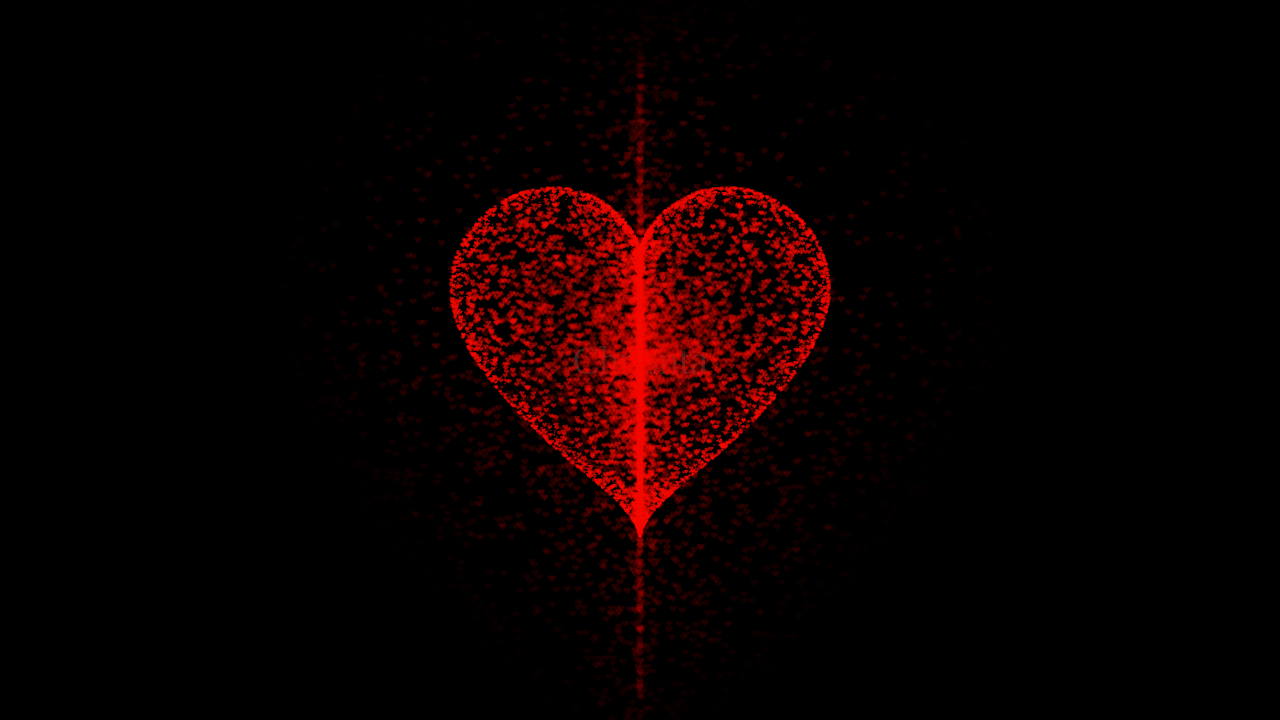
Repository: thaiduy1704/Heart
Page: index.html
An editor plug-in stored every save of this project. The page is shown before and after a run of saves, followed by the edit.
The browser window is 1280 px wide. The pictures show the whole page.

Above is the page before, as saved 2022-11-11 02:00:50.
Not found: style.css

### index.html
<!DOCTYPE HTML PUBLIC "-//W3C//DTD HTML 4.0 Transitional//EN">
<HTML>
 <HEAD>
  <TITLE> MINH IT </TITLE>
  <META NAME="Generator" CONTENT="EditPlus">
  <META NAME="Author" CONTENT="">
  <META NAME="Keywords" CONTENT="">
  <META NAME="Description" CONTENT="">
  <link rel="stylesheet" href="style.css">
  <style>
  html, body {
  height: 100%;
  padding: 0;
  margin: 0;
  background: rgba(0, 0, 0, 0.851);
}
canvas {
  position: absolute;
  width: 100%;
  height: 100%;
}
  </style>
 </HEAD>
 <BODY>
  <div class="box">
    <canvas id="pinkboard"></canvas>
  </div>
<script>
var settings = {
  particles: {
    length:   10000, // maximum amount of particles
    duration:   4, // particle duration in sec
    velocity: 80, // particle velocity in pixels/sec
    effect: -1.3, // play with this for a nice effect
    size:      8, // particle size in pixels
  },
};
/*
 */
(function(){var b=0;var c=["ms","moz","webkit","o"];for(var a=0;a<c.length&&!window.requestAnimationFrame;++a){window.requestAnimationFrame=window[c[a]+"RequestAnimationFrame"];window.cancelAnimationFrame=window[c[a]+"CancelAnimationFrame"]||window[c[a]+"CancelRequestAnimationFrame"]}if(!window.requestAnimationFrame){window.requestAnimationFrame=function(h,e){var d=new Date().getTime();var f=Math.max(0,16-(d-b));var g=window.setTimeout(function(){h(d+f)},f);b=d+f;return g}}if(!window.cancelAnimationFrame){window.cancelAnimationFrame=function(d){clearTimeout(d)}}}());
/*
 * Point class
 */
var Point = (function() {
  function Point(x, y) {
    this.x = (typeof x !== 'undefined') ? x : 0;
    this.y = (typeof y !== 'undefined') ? y : 0;
  }
  Point.prototype.clone = function() {
    return new Point(this.x, this.y);
  };
  Point.prototype.length = function(length) {
    if (typeof length == 'undefined')
      return Math.sqrt(this.x * this.x + this.y * this.y);
    this.normalize();
    this.x *= length;
    this.y *= length;
    return this;
  };
  Point.prototype.normalize = function() {
    var length = this.length();
    this.x /= length;
    this.y /= length;
    return this;
  };
  return Point;
})();
/*
 * Particle class
 */
var Particle = (function() {
  function Particle() {
    this.position = new Point();
    this.velocity = new Point();
    this.acceleration = new Point();
    this.age = 0;
  }
  Particle.prototype.initialize = function(x, y, dx, dy) {
    this.position.x = x;
    this.position.y = y;
    this.velocity.x = dx;
    this.velocity.y = dy;
    this.acceleration.x = dx * settings.particles.effect;
    this.acceleration.y = dy * settings.particles.effect;
    this.age = 0;
  };
  Particle.prototype.update = function(deltaTime) {
    this.position.x += this.velocity.x * deltaTime;
    this.position.y += this.velocity.y * deltaTime;
    this.velocity.x += this.acceleration.x * deltaTime;
    this.velocity.y += this.acceleration.y * deltaTime;
    this.age += deltaTime;
  };
  Particle.prototype.draw = function(context, image) {
    function ease(t) {
      return (--t) * t * t + 1;
    }
    var size = image.width * ease(this.age / settings.particles.duration);
    context.globalAlpha = 1 - this.age / settings.particles.duration;
    context.drawImage(image, this.position.x - size / 2, this.position.y - size / 2, size, size);
  };
  return Particle;
})();
/*
 * ParticlePool class
 */
var ParticlePool = (function() {
  var particles,
      firstActive = 0,
      firstFree   = 0,
      duration    = settings.particles.duration;

  function ParticlePool(length) {
    // create and populate particle pool
    particles = new Array(length);
    for (var i = 0; i < particles.length; i++)
      particles[i] = new Particle();
  }
  ParticlePool.prototype.add = function(x, y, dx, dy) {
    particles[firstFree].initialize(x, y, dx, dy);

    // handle circular queue
    firstFree++;
    if (firstFree   == particles.length) firstFree   = 0;
    if (firstActive == firstFree       ) firstActive++;
    if (firstActive == particles.length) firstActive = 0;
  };
  ParticlePool.prototype.update = function(deltaTime) {
    var i;

    // update active particles
    if (firstActive < firstFree) {
      for (i = firstActive; i < firstFree; i++)
        particles[i].update(deltaTime);
    }
    if (firstFree < firstActive) {
      for (i = firstActive; i < particles.length; i++)
        particles[i].update(deltaTime);
      for (i = 0; i < firstFree; i++)
        particles[i].update(deltaTime);
    }

    // remove inactive particles
    while (particles[firstActive].age >= duration && firstActive != firstFree) {
      firstActive++;
      if (firstActive == particles.length) firstActive = 0;
    }


  };
  ParticlePool.prototype.draw = function(context, image) {
    // draw active particles
    if (firstActive < firstFree) {
      for (i = firstActive; i < firstFree; i++)
        particles[i].draw(context, image);
    }
    if (firstFree < firstActive) {
      for (i = firstActive; i < particles.length; i++)
        particles[i].draw(context, image);
      for (i = 0; i < firstFree; i++)
        particles[i].draw(context, image);
    }
  };
  return ParticlePool;
})();
/*
 * Putting it all together
 */
(function(canvas) {
  var context = canvas.getContext('2d'),
      particles = new ParticlePool(settings.particles.length),
      particleRate = settings.particles.length / settings.particles.duration, // particles/sec
      time;

  // get point on heart with -PI <= t <= PI
  function pointOnHeart(t) {
    return new Point(
      160 * Math.pow(Math.sin(t), 3),
      130 * Math.cos(t) - 50 * Math.cos(2 * t) - 20 * Math.cos(3 * t) - 10 * Math.cos(4 * t) + 25
    );
  }

  // creating the particle image using a dummy canvas
  var image = (function() {
    var canvas  = document.createElement('canvas'),
        context = canvas.getContext('2d');
    canvas.width  = settings.particles.size;
    canvas.height = settings.particles.size;
    // helper function to create the path
    function to(t) {
      var point = pointOnHeart(t);
      point.x = settings.particles.size / 2 + point.x * settings.particles.size / 350;
      point.y = settings.particles.size / 2 - point.y * settings.particles.size / 350;
      return point;
    }
    // create the path
    context.beginPath();
    var t = -Math.PI;
    var point = to(t);
    context.moveTo(point.x, point.y);
    while (t < Math.PI) {
      t += 0.01; // baby steps!
      point = to(t);
      context.lineTo(point.x, point.y);
    }
    context.closePath();
    // create the fill
    context.fillStyle = '#f50b02';
    context.fill();
    // create the image
    var image = new Image();
    image.src = canvas.toDataURL();
    return image;
  })();

  // render that thing!
  function render() {
    // next animation frame
    requestAnimationFrame(render);

    // update time
    var newTime   = new Date().getTime() / 1000,
        deltaTime = newTime - (time || newTime);
    time = newTime;

    // clear canvas
    context.clearRect(0, 0, canvas.width, canvas.height);

    // create new particles
    var amount = particleRate * deltaTime;
    for (var i = 0; i < amount; i++) {
      var pos = pointOnHeart(Math.PI - 2 * Math.PI * Math.random());
      var dir = pos.clone().length(settings.particles.velocity);
      particles.add(canvas.width / 2 + pos.x, canvas.height / 2 - pos.y, dir.x, -dir.y);
    }

    // update and draw particles
    particles.update(deltaTime);
    particles.draw(context, image);
  }

  // handle (re-)sizing of the canvas
  function onResize() {
    canvas.width  = canvas.clientWidth;
    canvas.height = canvas.clientHeight;
  }
  window.onresize = onResize;

  // delay rendering bootstrap
  setTimeout(function() {
    onResize();
    render();
  }, 10);
})(document.getElementById('pinkboard'));
  </script>
 </BODY>
</HTML>
</HTML>
  </script>
  <div class="center-text",
  style="background-color:rgb(0, 0, 0);
  position: relative;
  z-index: -4;
        width: 100%;
        color: white ;
        height:100%;
        font-size: 40px;
        font-style: Bold;
        font-family: 'Dancing Script', cursive;
        display: flex;
        align-items: center;
        justify-content: center;
        margin-bottom: 200px;
        text-align: center;">Chrisnta</div>
 </BODY>
</HTML>
<!-- color: rgb(225, 12, 168); -->

After the next 2 saves:
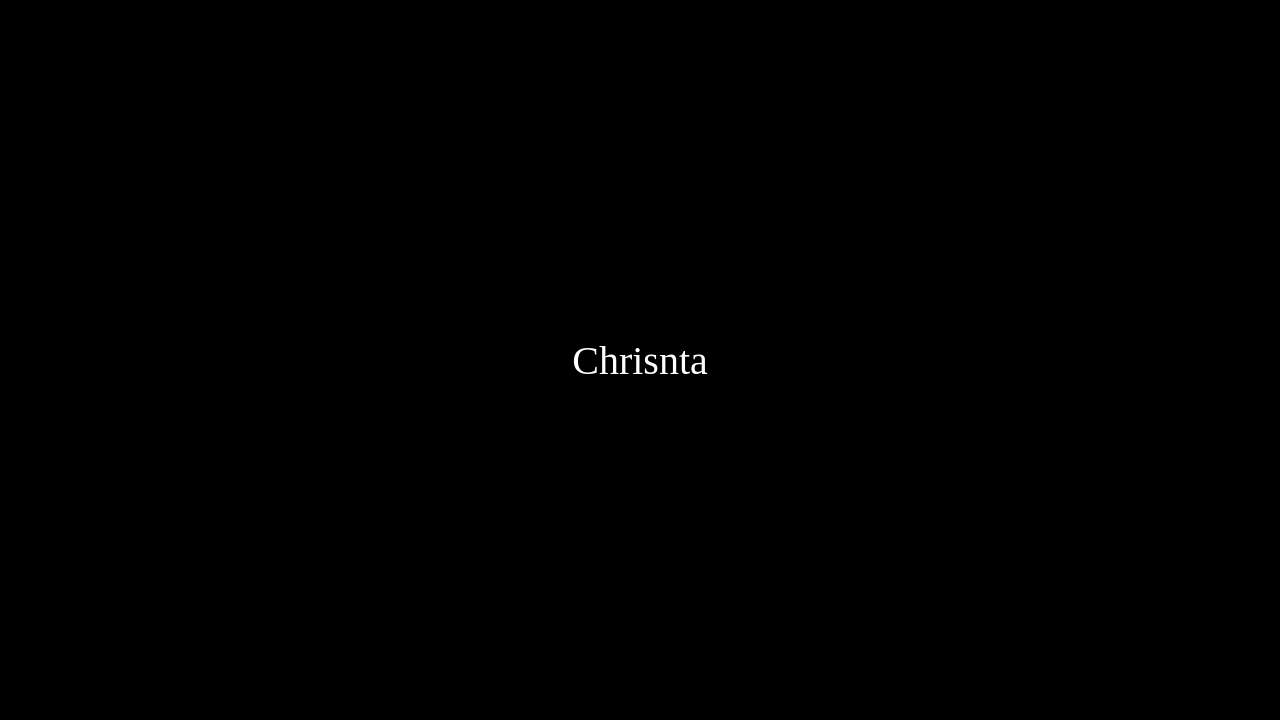
The 2 saves are shown as one change because they came seconds apart.
The last was saved 9 s later.
--- a/index.html
+++ b/index.html
@@ -260,7 +260,7 @@
   <div class="center-text",
   style="background-color:rgb(0, 0, 0);
   position: relative;
-  z-index: -4;
+  z-index: 0;
         width: 100%;
         color: white ;
         height:100%;

After the 2 saves that followed:
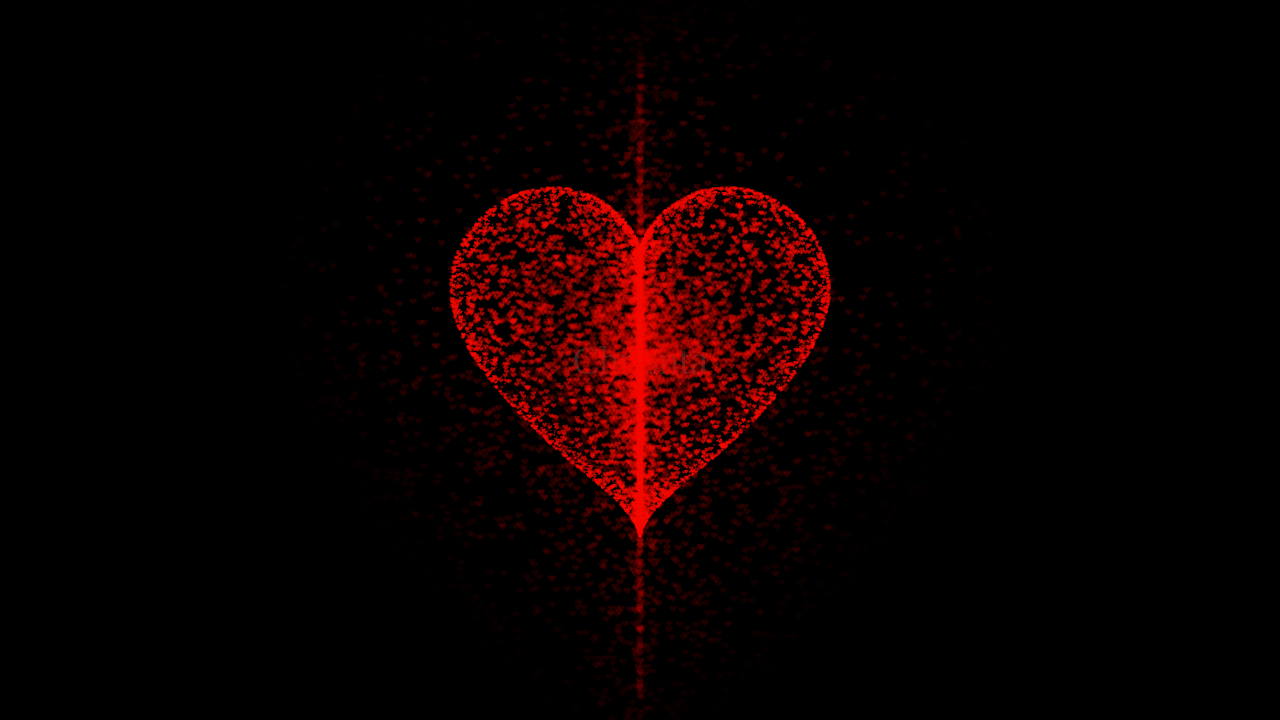
The 2 saves are shown as one change because 1 left the picture as it was.
The last was saved 16 s later.
--- a/index.html
+++ b/index.html
@@ -259,8 +259,8 @@
   </script>
   <div class="center-text",
   style="background-color:rgb(0, 0, 0);
-  position: relative;
-  z-index: 0;
+  position: absolute;
+  z-index: -2;
         width: 100%;
         color: white ;
         height:100%;
